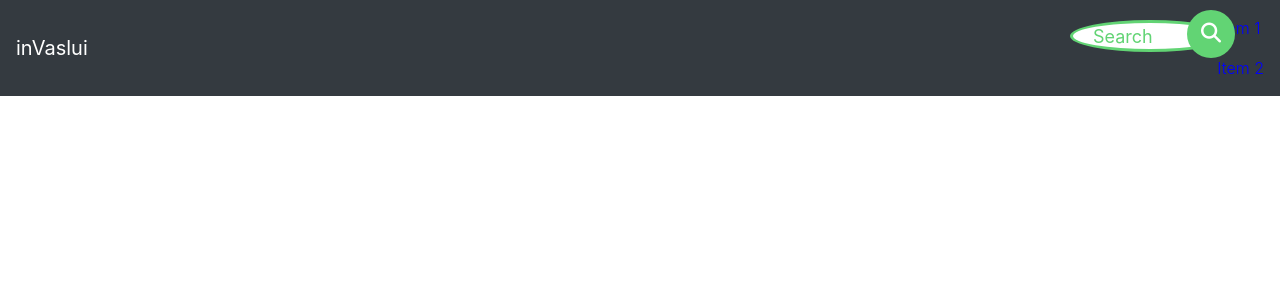
Repository: nicolasolo/in-vaslui
Page: index.html
The author's editor kept a copy of each file at every save. The page is drawn from the files as they stood at one save, then again after the next save.
The browser window is 1280 px wide. The pictures show the whole page.
Some web libraries are served in a nearby version.

Above is the page before, as saved 2020-03-29 21:16:53.

After the next save:
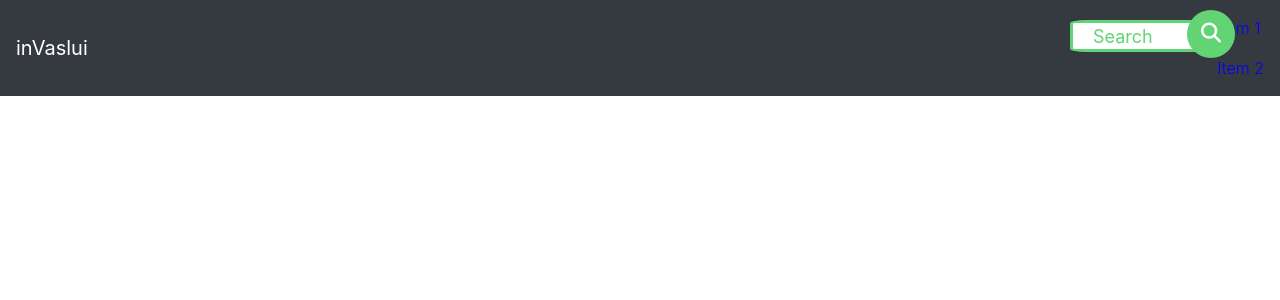
Saved 10 s later.
--- a/css/vaslui.css
+++ b/css/vaslui.css
@@ -21,7 +21,7 @@ a.navbar-brand{
     padding: 0 20px;
     outline: none;
     font-size: 18px;
-    border-radius: 50%;
+    border-radius: 10%;
     color: #29313a;
     border: 3px solid #62d474;
     transition: all 0.8s ease;
